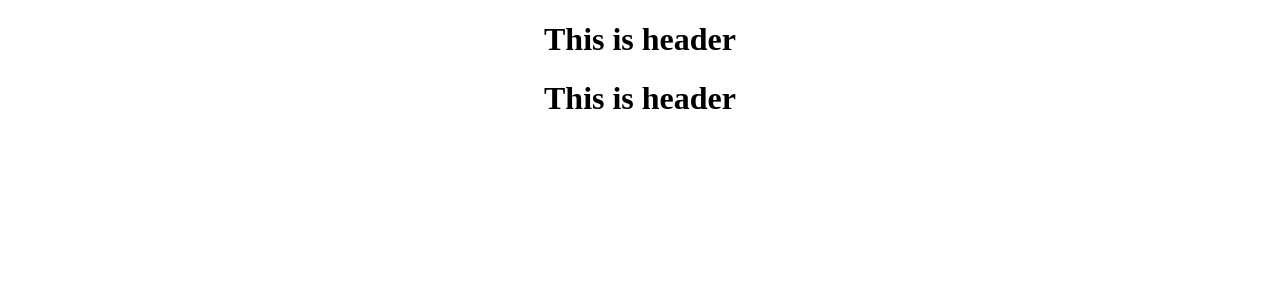
Repository: janvi2502/BookStore
Page: http://localhost/BookStoreWebsite/
An editor plug-in stored every save of this project. The page is shown before and after the next save, followed by the edit.
The browser window is 1280 px wide. The pictures show the whole page.
The page is served by Tomcat 10. Other server files are loaded and not shown.

Above is the page before, as saved 2023-10-18 13:18:18.

### BookStoreWebsite/WebContent/frontend/index.jsp
<%@ page language="java" contentType="text/html; charset=UTF-8"
    pageEncoding="UTF-8"%>
<!DOCTYPE html>
<html>
<head>
<meta charset="UTF-8">
<title>Kafka Books - Online Book Store</title>
</head>
<body>
	<div align="center">
		<h1>This is header</h1>
	</div>

	<div align="center">
		<h1>This is header</h1>
	</div>
</body>
</html>

### BookStoreWebsite/src/com/bookstore/controller/frontend/HomeServlet.java
package com.bookstore.controller.frontend;

import java.io.IOException;

import jakarta.servlet.RequestDispatcher;
import jakarta.servlet.ServletException;
import jakarta.servlet.annotation.WebServlet;
import jakarta.servlet.http.HttpServlet;
import jakarta.servlet.http.HttpServletRequest;
import jakarta.servlet.http.HttpServletResponse;

@WebServlet("")
public class HomeServlet extends HttpServlet {
	private static final long serialVersionUID = 1L;

	public HomeServlet() {
		super();
	}

	protected void doGet(HttpServletRequest request, HttpServletResponse response) throws ServletException, IOException {
		String homepage = "frontend/index.jsp";
		RequestDispatcher dispatcher = request.getRequestDispatcher(homepage);
		dispatcher.forward(request, response);
	}


}

After the next save:
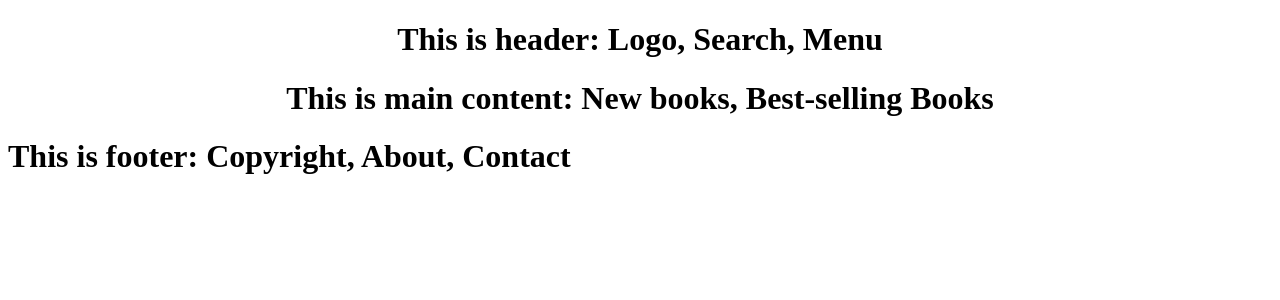
Saved 98 s later.
--- a/BookStoreWebsite/WebContent/frontend/index.jsp
+++ b/BookStoreWebsite/WebContent/frontend/index.jsp
@@ -8,11 +8,15 @@
 </head>
 <body>
 	<div align="center">
-		<h1>This is header</h1>
+		<h1>This is header: Logo, Search, Menu</h1>
 	</div>
 
 	<div align="center">
-		<h1>This is header</h1>
+		<h1>This is main content: New books, Best-selling Books</h1>
+	</div>
+
+	<div>
+		<h1>This is footer: Copyright, About, Contact</h1>
 	</div>
 </body>
 </html>
